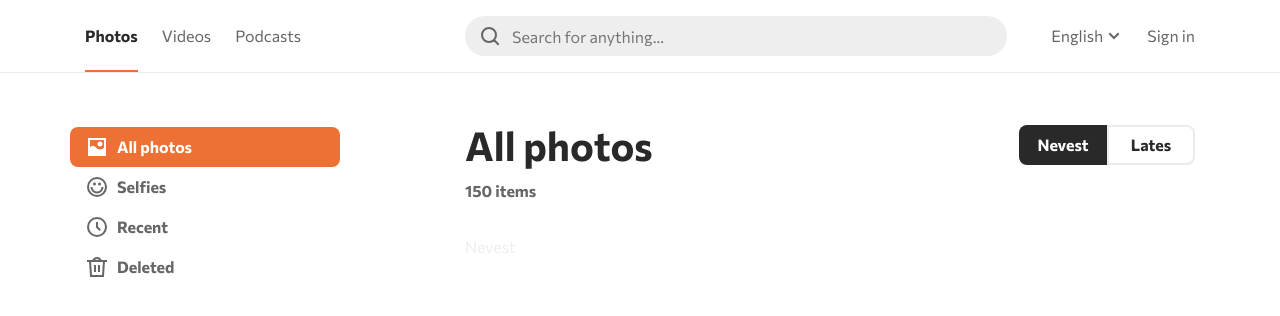
Repository: densavi/djinni
Page: index.html
An editor plug-in stored every save of this project. The page is shown before and after the next save, followed by the edit.
The browser window is 1280 px wide. The pictures show the whole page.
The style sheet was rebuilt from its Sass, Less or Tailwind sources for each picture, by a compiler version that may differ from the author's.

Above is the page before, as saved 2023-04-11 00:02:28.

After the next save:
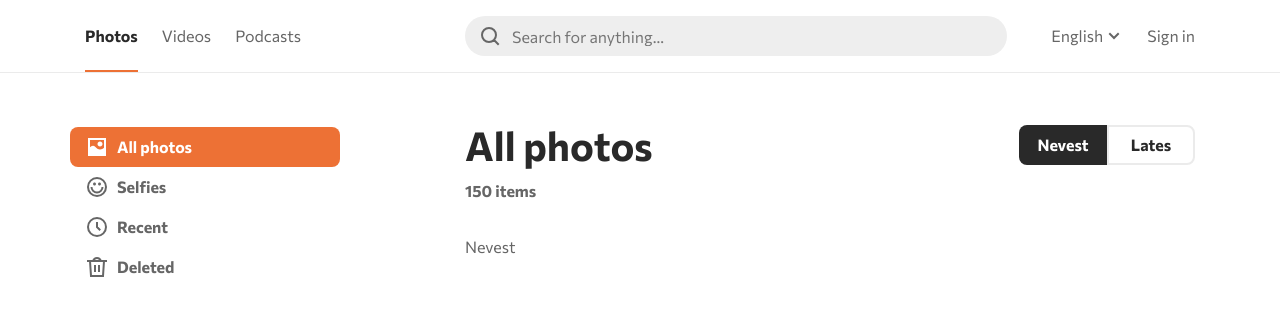
Saved 8 s later.
--- a/css/_typo.scss
+++ b/css/_typo.scss
@@ -1,6 +1,6 @@
 body {
   font: 16px/24px $mainFont;
-  color: $lightGrey;
+  color: $grey;
 }
 
 a {
